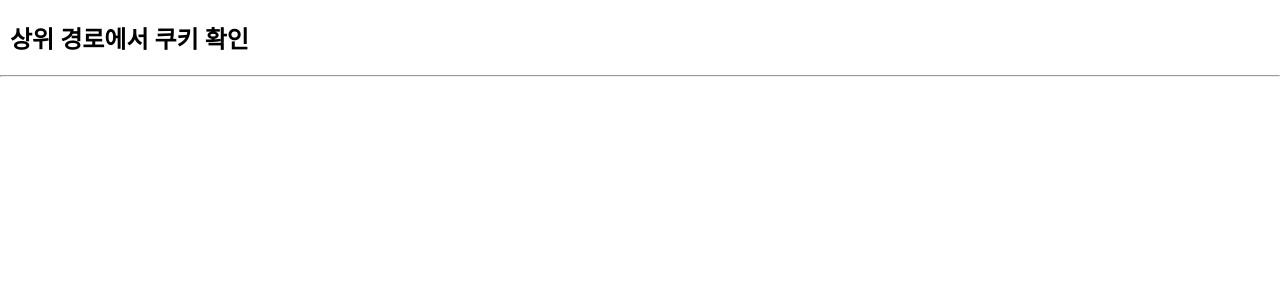
Repository: hyunh84/jsp_study
Page: http://localhost/Day07/j06_file01.jsp
An editor plug-in stored every save of this project. The page is shown before and after the next save, followed by the edit.
The browser window is 1280 px wide. The pictures show the whole page.
The page is served by Tomcat 9. Other server files are loaded and not shown.

Above is the page before, as saved 2015-10-10 02:39:14.

### MyWorks/Day07/WebContent/j06_file01.jsp
<%@ page language="java" contentType="text/html; charset=utf-8"
    pageEncoding="utf-8"%>
<!DOCTYPE html>
<html>
<head>
<meta charset="utf-8">
<title>Insert title here</title>
<style type="text/css">
	* {margin:0; padding:0;}
	a {color:#555; text-decoration:none;}
	a:hover {color:blue; text-decoration:underline;}
	h2 {padding:20px 10px;}
	table {border-collapse:collapse; }
	table th {padding:5px; border:1px solid #777;}
	table td {padding:5px; border:1px solid #777;}
</style>
</head>
<body>
	<h2>상위 경로에서 쿠키 확인</h2>
	<hr />

	<%

		 Cookie[] cks = request.getCookies();

		String res = "";

		if(cks != null) {

			for(Cookie each: cks) {

				res += each.getName() + ", " + each.getValue() + "<br />";

			}

		}

	%>

	<%=res %>













</body>
</html>

After the next save:
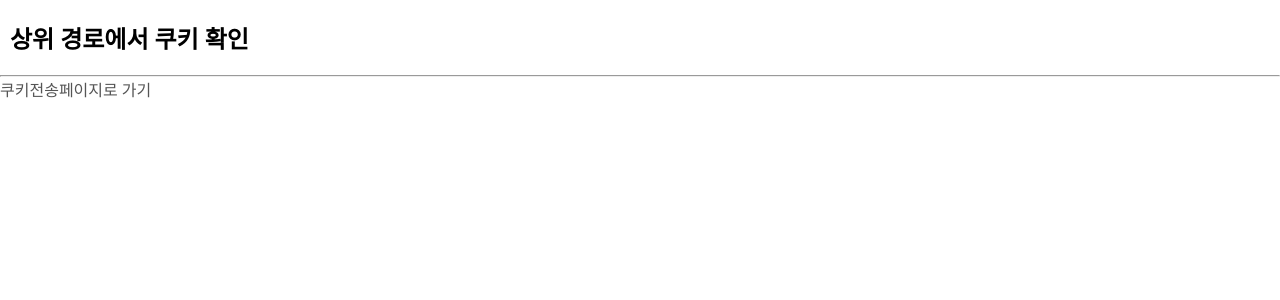
Saved 21 s later.
--- a/MyWorks/Day07/WebContent/j06_file01.jsp
+++ b/MyWorks/Day07/WebContent/j06_file01.jsp
@@ -39,6 +39,8 @@
 
 	<%=res %>
 
+	<a href="/Day07/j04_up01.jsp">쿠키전송페이지로 가기</a>
+
 
 
 
